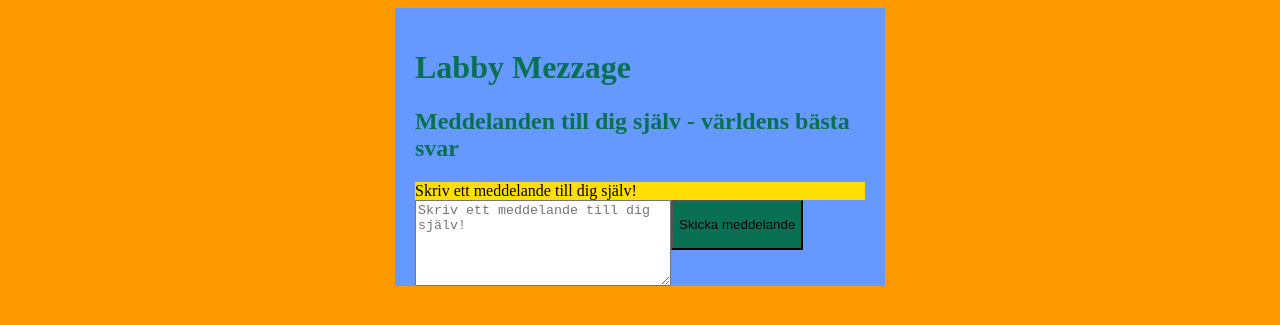
Repository: mi222ep/1dv403-laborationer
Page: 2-labbymezzage/index.html
The author's editor kept a record of every edit. The page is drawn from the files as they stood at one moment, then again after the next edit.
The browser window is 1280 px wide. The pictures show the whole page.

Above is the page before.

After the next edit:
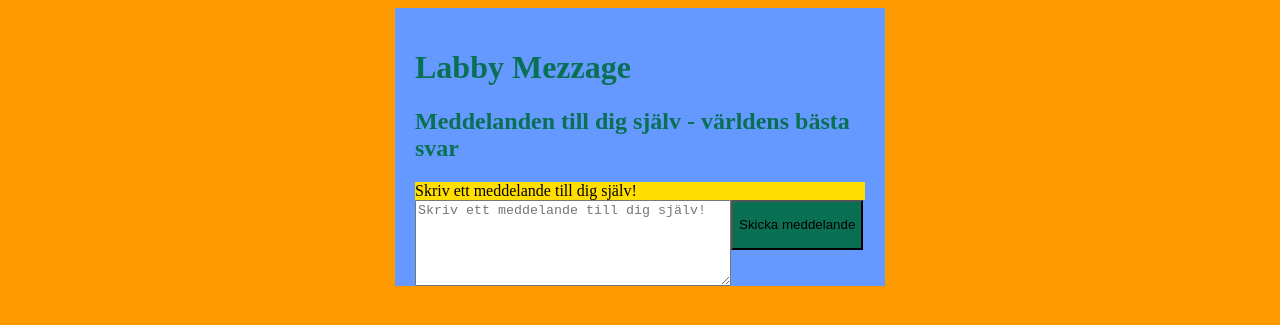
The edit:
--- a/2-labbymezzage/css/style.css
+++ b/2-labbymezzage/css/style.css
@@ -9,7 +9,7 @@
     color: #097054;
 }
 textarea{
-    width: 250px;
+    width: 310px;
     height: 80px;
     float: left;
 }
